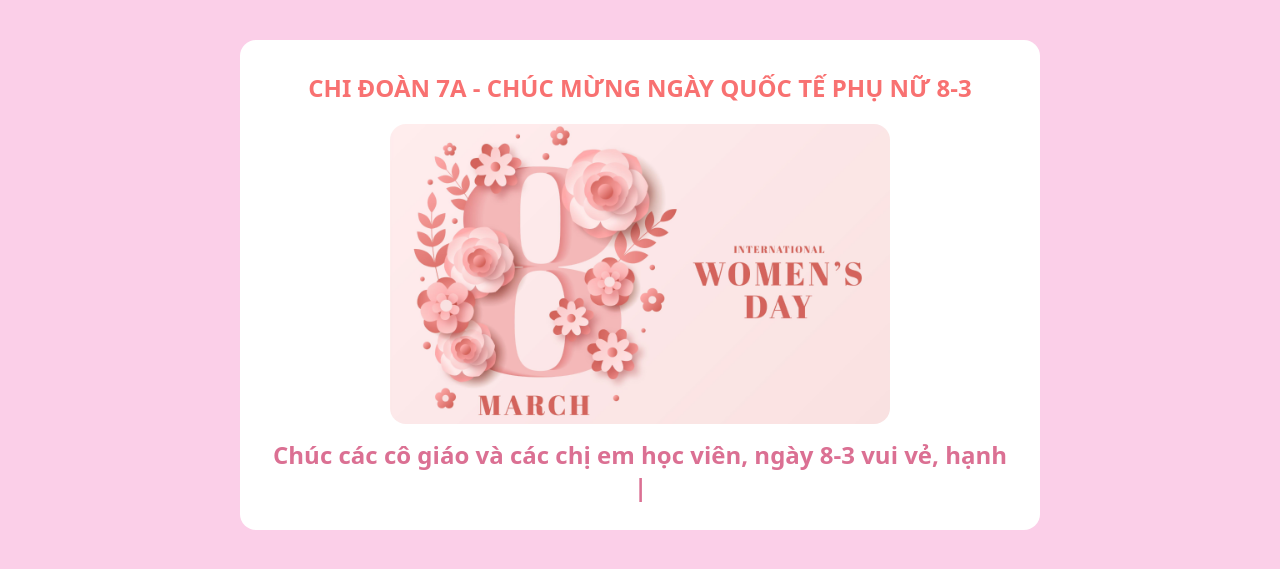
Repository: hoang0508/web-837A
Page: /
An editor plug-in stored every save of this project. The page is shown before and after the next save, followed by the edit.
The browser window is 1280 px wide. The pictures show the whole page.
Some web fonts or font styles are not loaded; a fallback is used. The project was rebuilt for these pictures with package versions that can differ from the ones it lists, and the page was loaded fresh each time. Also part of the build but not shown: vite.config.js.

Above is the page before, as saved 2025-02-28 19:07:29.

After the next save:
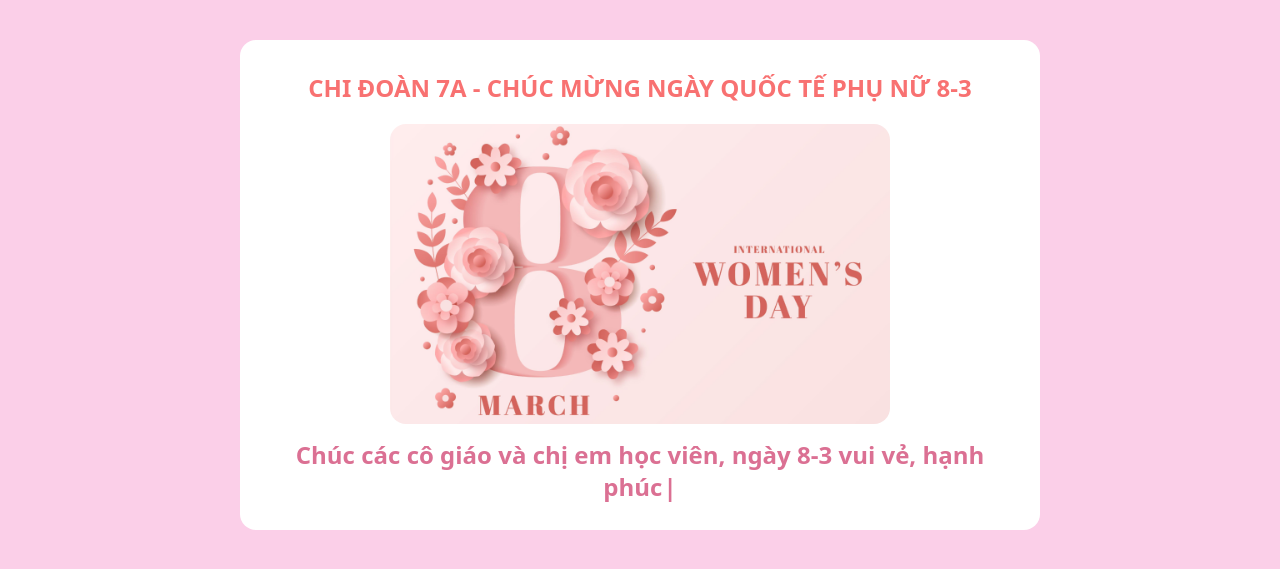
Saved 54 s later.
--- a/src/App.jsx
+++ b/src/App.jsx
@@ -25,7 +25,7 @@ function App() {
           <Typewriter
             options={{
               strings: [
-                `${"Chúc các cô giáo và các chị em học viên, ngày 8-3 vui vẻ, hạnh phúc, luôn mạnh khỏe và thành công! 🌸💐❤️❤️❤️💰"}`,
+                `${"Chúc các cô giáo và chị em học viên, ngày 8-3 vui vẻ, hạnh phúc, luôn mạnh khỏe và thành công! 🌸💐❤️❤️❤️💰"}`,
               ],
               delay: 75,
               autoStart: true,
